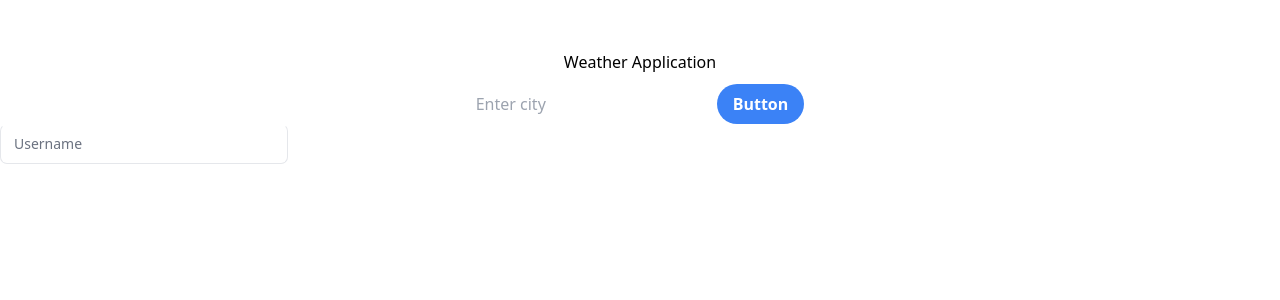
Repository: rajratangm/xweather
Page: /
An editor plug-in stored every save of this project. The page is shown before and after the next save, followed by the edit.
The browser window is 1280 px wide. The pictures show the whole page.
The project was rebuilt for these pictures with package versions that can differ from the ones it lists, and the page was loaded fresh each time.

Above is the page before, as saved 2024-06-06 09:19:34.

After the next save:
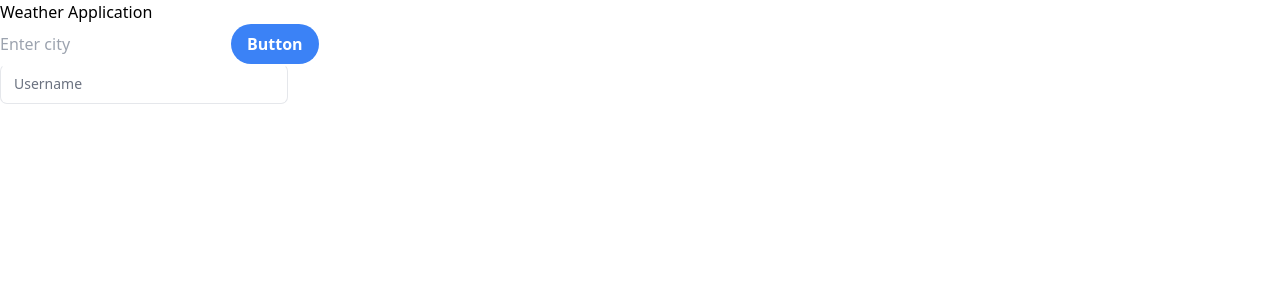
Saved 5 s later.
--- a/src/App.css
+++ b/src/App.css
@@ -1,4 +1,4 @@
-.weather-app {
+/* .weather-app {
   text-align: center;
   margin-top: 50px;
 }
@@ -21,4 +21,4 @@ button {
   padding: 10px;
   margin: 0 10px;
   border: 1px solid #ccc;
-}
+} */
